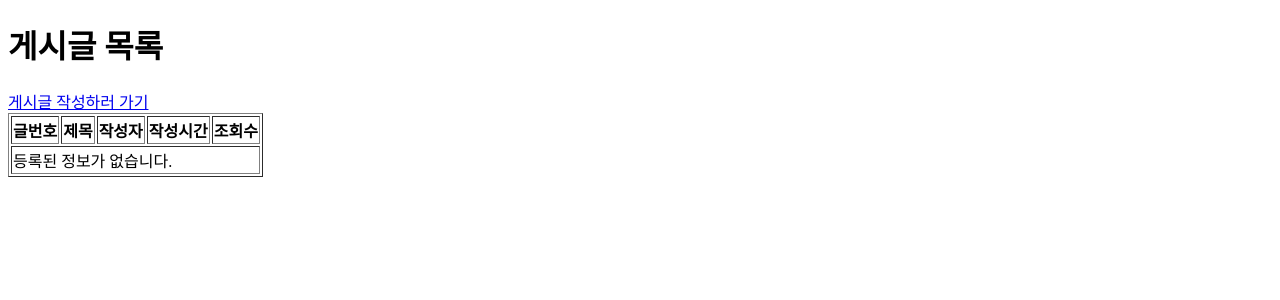
Repository: BSHaRu/secret
Page: http://localhost/integrated_implementaion/board/board_list.jsp
The author's editor kept a copy of each file at every save. The page is drawn from the files as they stood at one save, then again after the next save.
The browser window is 1280 px wide. The pictures show the whole page.
The page is served by Tomcat 9. Queries for data that is not in the repository find no rows.

Above is the page before, as saved 2022-07-13 05:43:31.

After the next save:
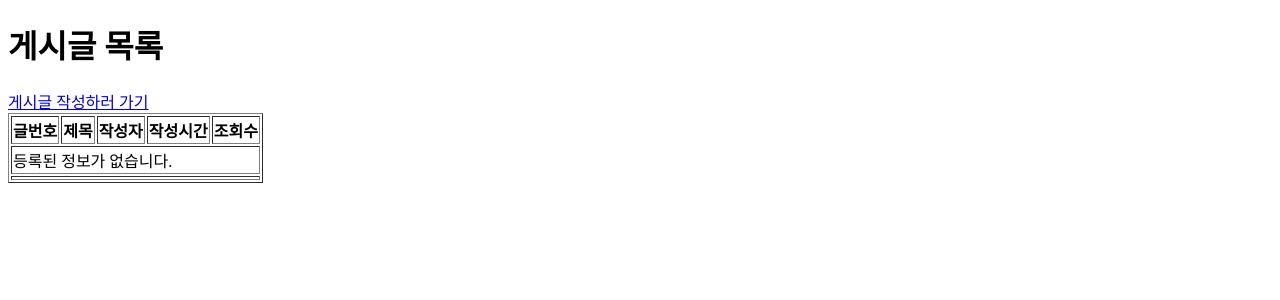
Saved 54 s later.
--- a/workspace/jsp/integrated_implementaion/src/main/webapp/board/board_list.jsp
+++ b/workspace/jsp/integrated_implementaion/src/main/webapp/board/board_list.jsp
@@ -63,8 +63,12 @@
 			</tr>
 			</c:otherwise>
 		</c:choose>
+		<!-- 페이지 블럭 작성  -->
+		<tr>
+			<td colspan="5">
 
-		<!-- 페이지 블럭 작성  -->
+			</td>
+		</tr>
 	</table>
 </body>
 </html>
